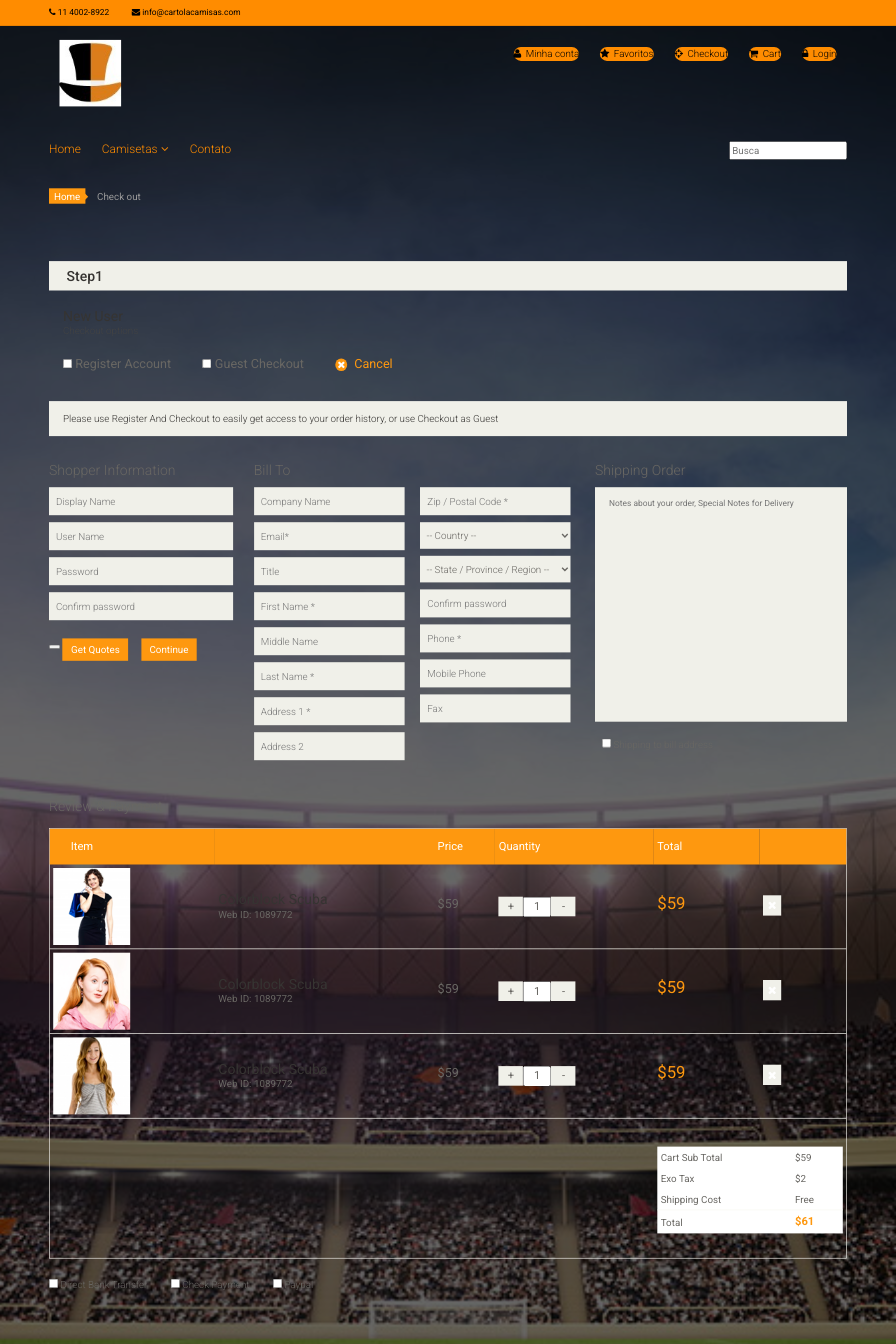
Repository: matheus-bms/camisetaPI
Page: http://localhost/checkout
The author's editor kept a copy of each file at every save. The page is drawn from the files as they stood at one save, then again after a run of saves.
The browser window is 1280 px wide. The pictures show the part of the page from y = 0 to 1920 px (the page is 2568 px tall), at 70% of full size.
Some web fonts or font styles are not loaded; a fallback is used. The page is served by the project's Node server (app.js).

Above is the page before, as saved 2022-04-26 22:54:39.

After the next 2 saves:
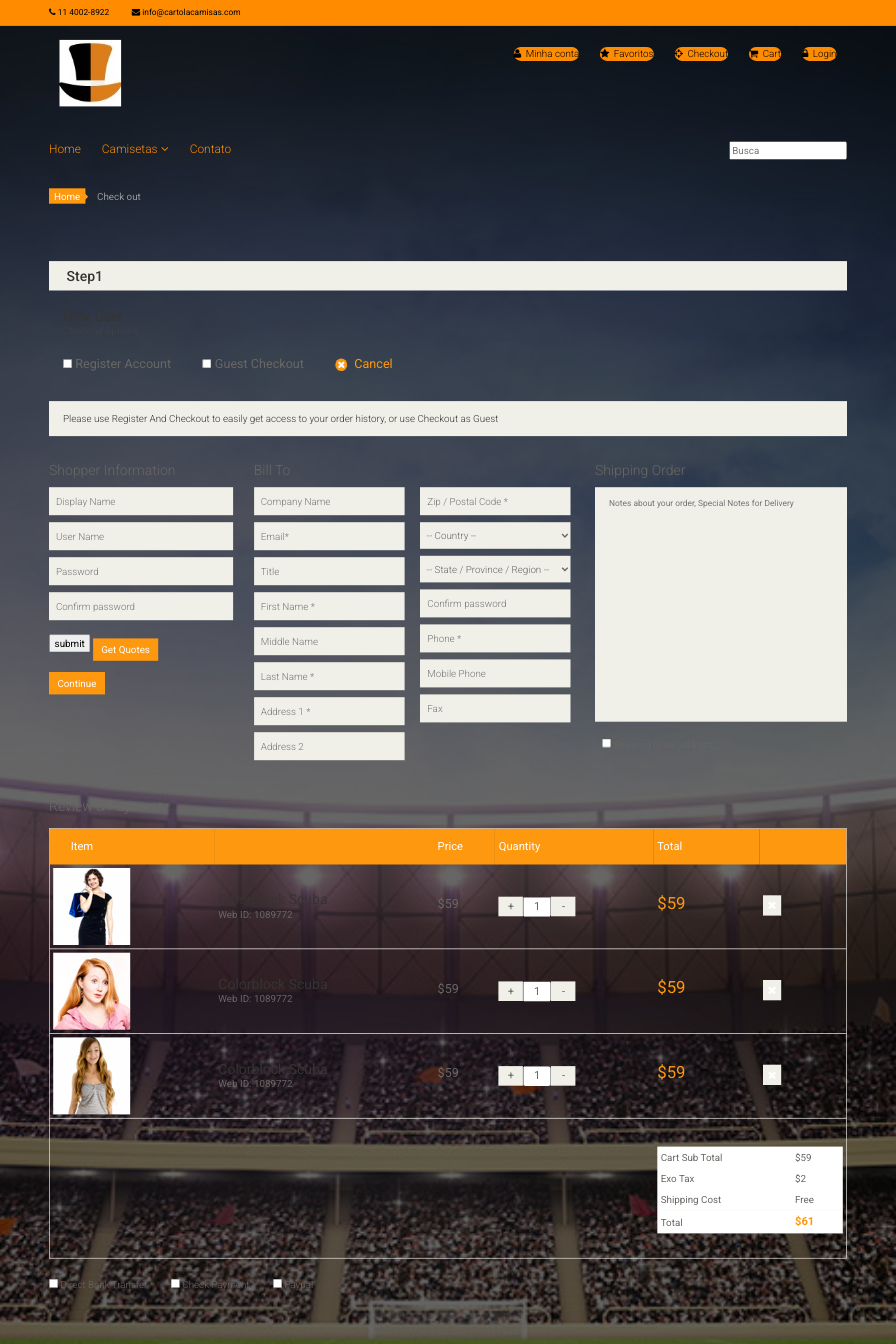
The 2 saves are shown as one change because they came seconds apart.
The last was saved 7 s later.
--- a/views/checkout.ejs
+++ b/views/checkout.ejs
@@ -46,7 +46,7 @@
 								<input type="password" placeholder="Password">
 								<input type="password" placeholder="Confirm password">
 							</form>
-							<button type="submit"></button>
+							<button type="submit">submit</button>
 							<a class="btn btn-primary" href="">Get Quotes</a>
 							<a class="btn btn-primary" href="">Continue</a>
 						</div>
